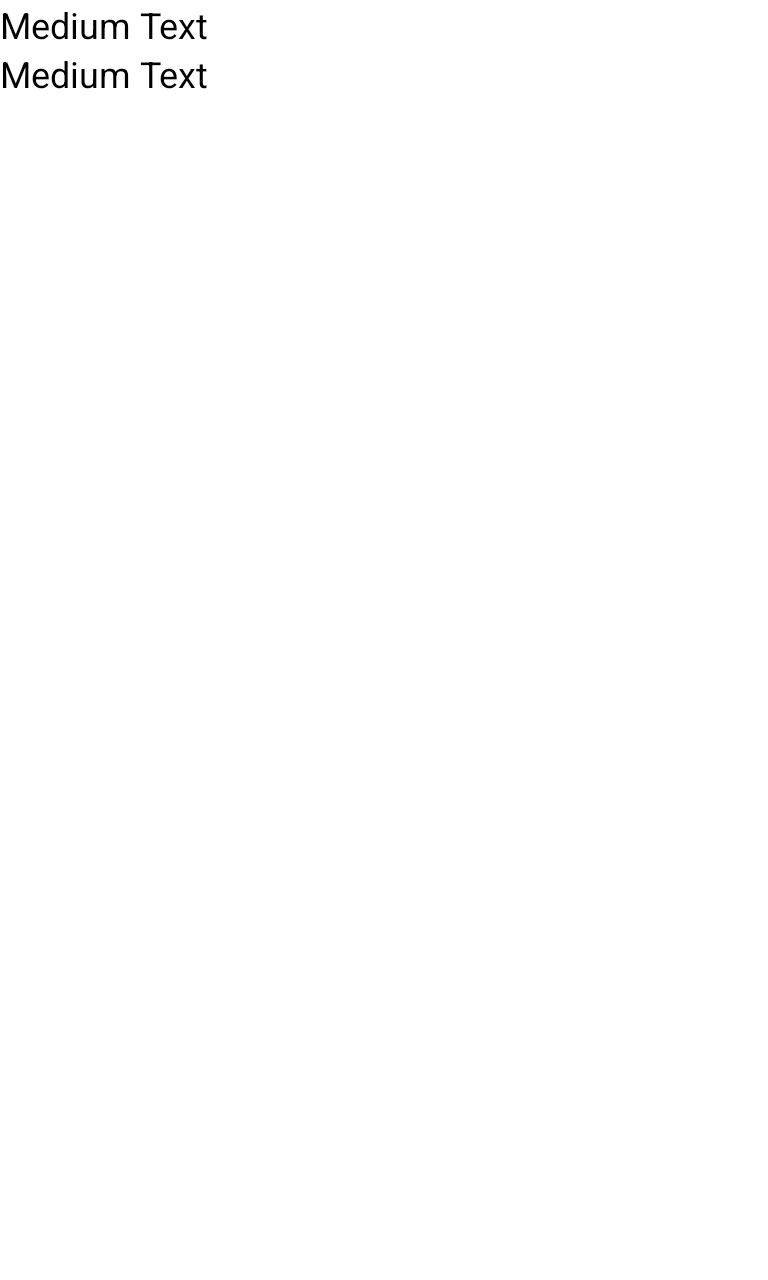
Repository: pajamasi726/AndroidExample
Layout: AndroidExample/Exam12_Service/res/layout/activity_main.xml
An editor plug-in stored every save of this project. The layout is shown before and after the next save, followed by the edit.
It is drawn on a 768 x 1280 px phone screen (xhdpi) without system bars, with theme AppTheme; the app's code is not run.

Above is the layout before, as saved 2016-02-15 05:45:59.

After the next save:
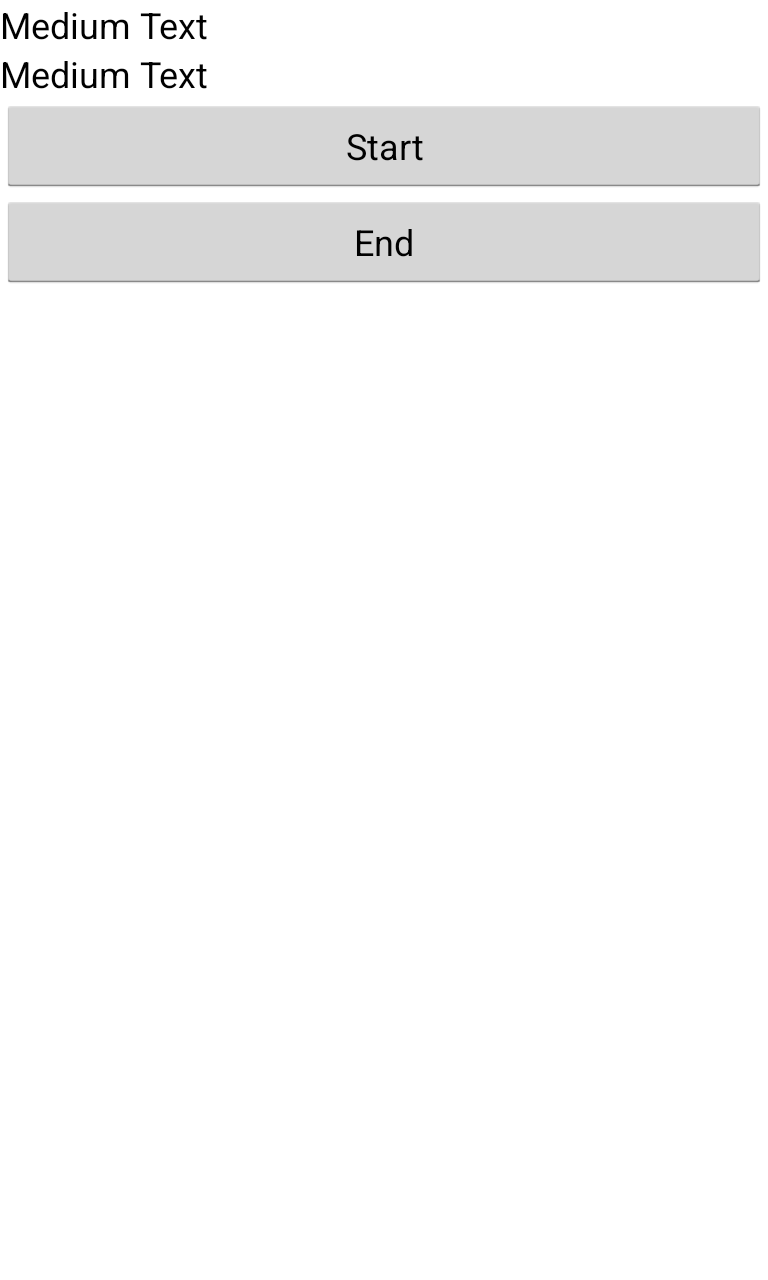
Saved 25 s later.
--- a/AndroidExample/Exam12_Service/res/layout/activity_main.xml
+++ b/AndroidExample/Exam12_Service/res/layout/activity_main.xml
@@ -24,4 +24,22 @@
         android:text="Medium Text"
         android:textAppearance="?android:attr/textAppearanceMedium" />
 
+    <Button
+        android:id="@+id/button1"
+        android:layout_width="wrap_content"
+        android:layout_height="wrap_content"
+        android:layout_alignParentLeft="true"
+        android:layout_alignParentRight="true"
+        android:layout_below="@+id/tv2"
+        android:text="Start" />
+
+    <Button
+        android:id="@+id/button2"
+        android:layout_width="wrap_content"
+        android:layout_height="wrap_content"
+        android:layout_alignParentLeft="true"
+        android:layout_alignParentRight="true"
+        android:layout_below="@+id/button1"
+        android:text="End" />
+
 </RelativeLayout>
